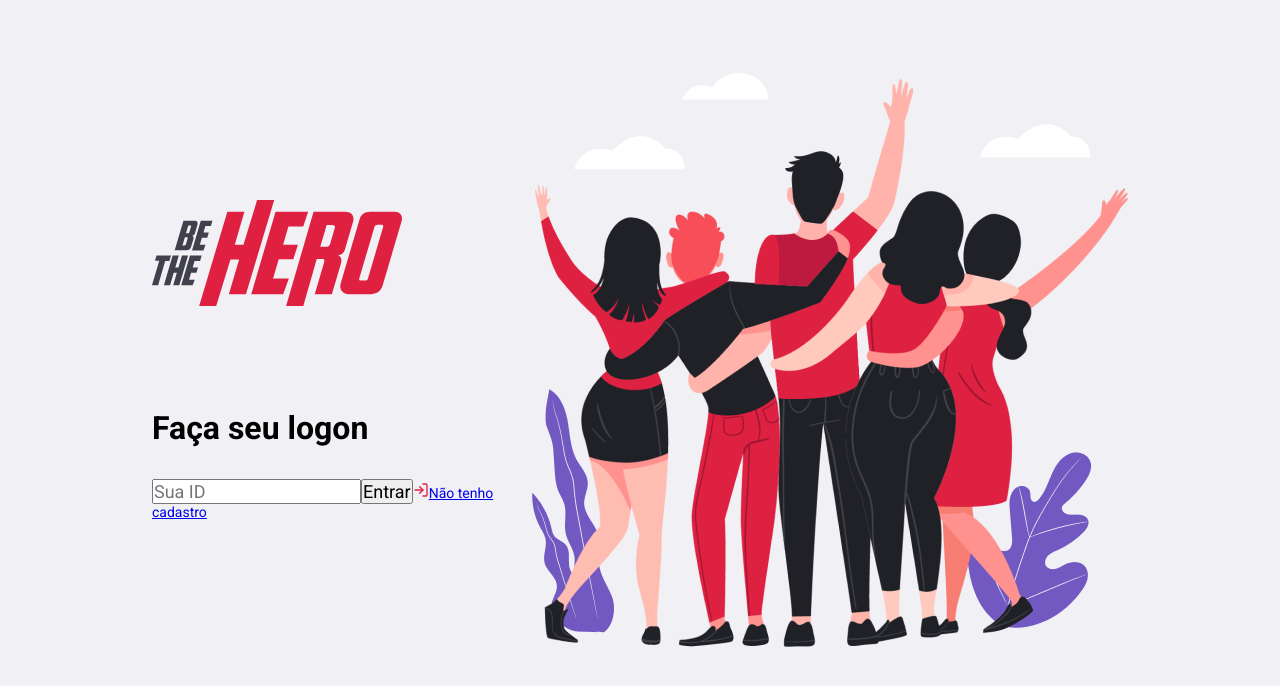
Repository: leandrohv/omnistack11-be-the-hero
Page: / (app in frontend/)
The author's editor kept a copy of each file at every save. The page is drawn from the files as they stood at one save, then again after the next save.
The browser window is 1280 px wide. The pictures show the whole page.
The project was rebuilt for these pictures with package versions that can differ from the ones it lists, and the page was loaded fresh each time.

Above is the page before, as saved 2020-03-26 00:12:17.

### frontend/src/App.js
import React from 'react';

import './global.css';

import Logon from './pages/Logon';

function App() {
  return (
      <Logon />
  );
}

export default App;

### frontend/src/global.css
@import url('https://fonts.googleapis.com/css?family=Roboto:400,500,700&display=swap');

* {
    margin: 0;
    padding: 0;
    outline: 0;
    box-sizing: border-box;
}

body {
    font: 400 14px Roboto, sans-serif;
    background: #f0f0f5;
    -webkit-font-smoothing: antialiased;
}

input, button, textarea {
    font: 400 18px Roboto, sans-serif;
}

button {
    cursor: pointer;
}

### frontend/src/pages/Logon/index.js
import React from 'react';
import { FiLogIn } from 'react-icons/fi';

import './styles.css';

import logoImg from '../../assets/logo.svg';
import heroesImg from '../../assets/heroes.png';

export default function Logon() {
    return (
        <div className="logon-container">
            <section className="form">
                <img src={logoImg} alt="Be The Hero" />

                <form>
                    <h1>Faça seu logon</h1>

                    <input placeholder="Sua ID" />
                    <button type="submit" >Entrar</button>

                    <a href="/register">
                        <FiLogIn size={16} color="#E02041" />
                        Não tenho cadastro
                    </a>
                </form>
            </section>
            <img src={heroesImg} alt="Heroes" />
        </div>
    );
}

### frontend/src/pages/Logon/styles.css
.logon-container {
    width: 100%;
    max-width: 1120px;
    height: 100vh;
    margin: 0 auto;

    display: flex;
    align-items: center;
    justify-content: center;
}

.logon-container section.form {
    width: 100%;
    max-width: 350px;
    margin-right: 30px;
}

.logon-container section.form form {
    margin-top: 100px;
}

.logon-container section.form form h1 {
    font-size: 32px;
    margin-bottom: 32px;
}

Loaded but not shown: frontend/public/index.html (common file); frontend/src/index.js (common file)

After the next save:
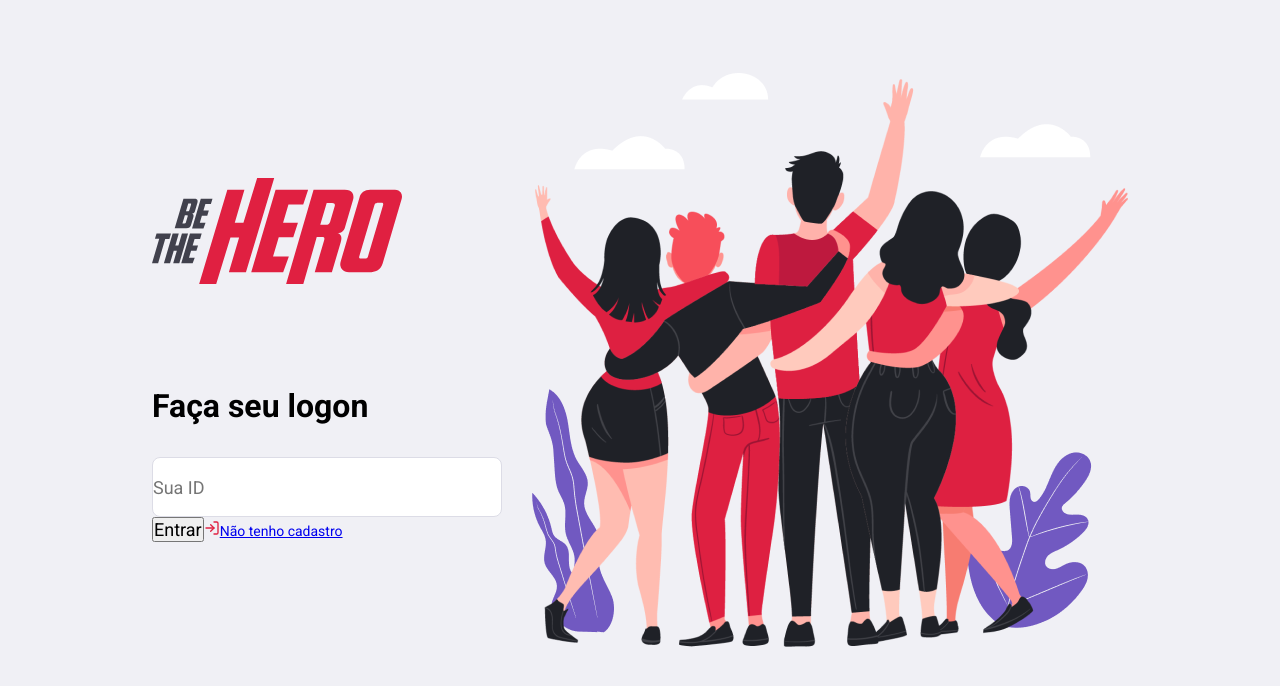
Saved 107 s later.
--- a/frontend/src/global.css
+++ b/frontend/src/global.css
@@ -20,3 +20,12 @@ input, button, textarea {
 button {
     cursor: pointer;
 }
+
+form input {
+    width: 100%;
+    height: 60px;
+    color: #333333;
+    border: 1px solid #dcdce6;
+    border-radius: 8px;
+    padding: 1 24px;
+}
